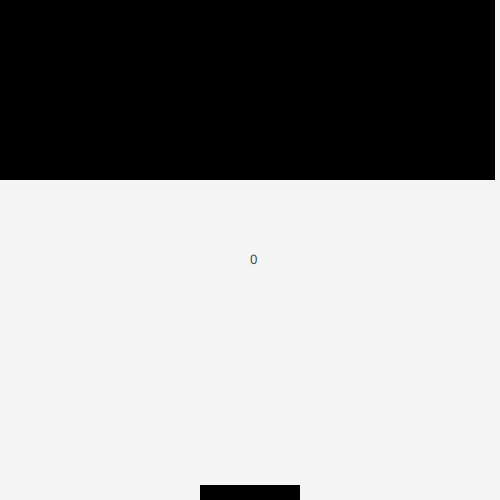
Repository: CodingParsley/JavaFX-Breakout-Game
Program's window: java Breakout/src/application/TheController.java
An editor plug-in stored every save of this project. The program's window is shown before and after the next save, followed by the edit.
It runs on Java 21 on a 1366 x 768 screen with JavaFX 11; the title bar is not drawn.

Above is the program's window before, as saved 2016-07-20 05:42:02.

### Breakout/src/application/TheController.java
package application;
import javafx.animation.Animation;
import javafx.animation.KeyFrame;
import javafx.animation.Timeline;
import javafx.application.Application;
import javafx.stage.Stage;
import javafx.util.Duration;

public class TheController extends Application{
	BoardModel bm;
	TheView view;
	Timeline timeline;
	Stage window;
	HighscoreManager hm;
	@Override
	public void start(Stage primaryStage) throws Exception {
		window = primaryStage;
		hm = new HighscoreManager("Highscore.txt");
		JavaCollisionDetector jcd = new JavaCollisionDetector();
		bm = new BoardModel(500,500,30,0,0,0,15,6,jcd);
		Runnable onPaddleLeft = new MovePaddleLeft();
        Runnable onPaddleRight = new MovePaddleRight();
        view = new TheView(onPaddleLeft,onPaddleRight, bm.getWidth(), bm.getHeight());
		view.start(primaryStage);
		for(application.Rectangle b: bm.getBricks()){
			view.drawRectangle(b);
		}

		window.setOnCloseRequest(e -> {
			Runtime.getRuntime().exit(0);
		});

		timeline = new Timeline(new KeyFrame(
		        Duration.millis(4),
		        ae -> updateScreen()));
		timeline.setCycleCount(Animation.INDEFINITE);
		timeline.play();

		}
	class MovePaddleLeft implements Runnable{
		@Override
		public void run() {
			bm.movePaddleLeft();
			view.drawRectangle(bm.getBat());
			view.drawRectangle(bm.getBall());
			for(application.Rectangle b: bm.getBricks()){
				view.drawRectangle(b);
			}
			bm.updateAll();
			view.score.setText(""+bm.getGameScore());
		}
	}

	class MovePaddleRight implements Runnable{
		@Override
		public void run() {
			bm.movePaddleRight();
			view.drawRectangle(bm.getBat());
			view.drawRectangle(bm.getBall());
			for(application.Rectangle b: bm.getBricks()){
				view.drawRectangle(b);
			}
			bm.updateAll();
			view.score.setText(""+bm.getGameScore());
		}
	}
		public void updateScreen() {
			view.drawRectangle(bm.getBat());
			view.drawRectangle(bm.getBall());
			for(application.Rectangle b: bm.getBricks()){
				view.drawRectangle(b);
			}
			bm.updateAll();
			view.score.setText(""+bm.getGameScore());
		}

	public static void main(String[] args){
		launch(args);
	}

}

### Breakout/src/application/ICollisionDetector.java
package application;

public interface ICollisionDetector {
	boolean intersects(LineSegment one, LineSegment two);
	boolean basicIntersects(Rectangle r1, Rectangle r2);
}

### Breakout/src/application/HighscoreManager.java
package application;

import java.io.File;
import java.io.FileNotFoundException;
import java.io.IOException;
import java.io.PrintStream;
import java.nio.file.Path;
import java.nio.file.Paths;
import java.util.Scanner;

public class HighscoreManager {
	private Path fileName;
	private File highScore;

	public HighscoreManager(String fileName) {
		this.fileName = Paths.get(fileName);
		highScore = new File(fileName);
		try {
			highScore.createNewFile();
		} catch (IOException e) {
			e.printStackTrace();
		}
	}

	public int getHighscore() {
		int num = 0;
		Scanner fileReader = null;
		try {
			fileReader = new Scanner(new File(fileName.toString()));
		} catch (FileNotFoundException e) {
			e.printStackTrace();
		}
		if (fileReader.hasNextInt()) {
			num = fileReader.nextInt();
			fileReader.close();
		}

		return num;
	}

	public void setHighscore(int num) {
		try {
			PrintStream scoreWriter = new PrintStream(fileName.toString());
			scoreWriter.print(num);
			scoreWriter.close();
		} catch (FileNotFoundException e) {
			e.printStackTrace();
		}

	}
}

### Breakout/src/application/JavaCollisionDetector.java
package application;

import java.awt.geom.Line2D;

public class JavaCollisionDetector implements ICollisionDetector{
	@Override
	public boolean intersects(LineSegment one,LineSegment two){
		Line2D line1 = new Line2D.Double(one.getA().getX(), one.getA().getY(), one.getB().getX(), one.getB().getY());
		Line2D line2 = new Line2D.Double(two.getA().getX(), two.getA().getY(), two.getB().getX(),
		two.getB().getY());
		boolean result = line2.intersectsLine(line1);
		return result;
	}
	public boolean basicIntersects(Rectangle r1, Rectangle r2){

		if (r1.getTopLeftCoordinate().getX() < r2.getTopLeftCoordinate().getX() + r2.getWidth() &&
				   r1.getTopLeftCoordinate().getX() + r1.getWidth() > r2.getTopLeftCoordinate().getX() &&
				   r1.getTopLeftCoordinate().getY() < r2.getTopLeftCoordinate().getY() + r2.getHeight() &&
				   r1.getHeight() + r1.getTopLeftCoordinate().getY() > r2.getTopLeftCoordinate().getY()) {
				    return true;
				}
		else return false;
	}
}

### Breakout/src/application/BoardModel.java
package application;

import java.util.LinkedList;
import java.util.Optional;

public class BoardModel {
	private boolean canUseBat = true;
	private final double LEFT_ANGLE_LIMIT = -35;
	private final double RIGHT_ANGLE_LIMIT = -150;
	private int gameScore = 0;
	public static int WIDTH;
	public static int HEIGHT;
	private final int BAT_WIDTH = 100;
	private final int BAT_HEIGHT = 15;
	private final int BAT_SPEED = 25;
	private double BALL_SPEED = 1;
	private int gapAboveBricks;
	private int brickRowHeight; // The height of a row of bricks, gap is not
								// included
	private int brickHeight; // Similar to brickRowHeight but gap is included
	private int brickGapH; // The gap that will separate the bricks horizontally
	private int brickGapV; // The gap that will separate the bricks vertically
	private int brickColumns; // The number of columns of bricks
	private int brickRows; // The number of rows of bricks
	private int columnWidth;
	private int brickWidth;
	private Rectangle windowRectangle;
	private Rectangle bat;
	private Ball ball;
	private LinkedList<Rectangle> bricks = new LinkedList<Rectangle>();
	private LinkedList<Rectangle> destroyedBricks = new LinkedList<Rectangle>();
	private ICollisionDetector detector;

	public BoardModel(int width, int height, int brickRowHeight, int brickGapH, int brickGapV, int gapAboveBricks,
			int brickColumns, int brickRows, ICollisionDetector detector) {
		WIDTH = width;
		HEIGHT = height;
		this.detector = detector;
		this.windowRectangle = new Rectangle(new Coordinate(0, 0), WIDTH, HEIGHT, RectangleType.Window);
		this.brickColumns = brickColumns;
		this.brickRows = brickRows;
		this.brickRowHeight = brickRowHeight;
		this.brickGapH = brickGapH;
		this.brickGapV = brickGapV;
		this.gapAboveBricks = gapAboveBricks;
		this.columnWidth = WIDTH / brickColumns;
		this.brickWidth = columnWidth - brickGapH;
		this.brickHeight = brickRowHeight - brickGapV;
		// Brick creation algorithm
		for (int column = 0; column < brickColumns; column++) {
			for (int row = 0; row < brickRows; row++) {
				Rectangle r = new Rectangle(new Coordinate((column * columnWidth) + (brickGapH / 2),
						(row * brickRowHeight) + gapAboveBricks), brickWidth, brickHeight, RectangleType.Brick);
				bricks.add(r);
			}
		}
		// Brick creation algorithm end
		Coordinate batUL = new Coordinate((WIDTH - BAT_WIDTH) / 2, (HEIGHT - BAT_HEIGHT));
		bat = new Rectangle(batUL, BAT_WIDTH, BAT_HEIGHT, RectangleType.Bat);
		ball = new Ball(new Coordinate(WIDTH / 2, HEIGHT / 2), 10, 10, BALL_SPEED, Math.toRadians(75),
				RectangleType.Ball);
	}

	public void movePaddleLeft() {
		if ((bat.getTopLeftCoordinate().getX() - BAT_SPEED) >= 0) {
			bat = bat.createMove(-BAT_SPEED, 0, bat.getType());
		}
	}

	public void movePaddleRight() {
		if (bat.getBottomRightCoordinate().getX() + BAT_SPEED <= WIDTH) {
			bat = bat.createMove(BAT_SPEED, 0, bat.getType());
		}
	}

	public void updateBricks() {
		for (Rectangle b : destroyedBricks) {
			b.setOpacity(0);
			b.setAlive(false);
		}
	}

	//Updating Ball and Destroying bricks

	public void updateBallAndDestroyBricks() {
		Ball nextBall = ball.getMove();
		LineSegment ballPathCenter = new LineSegment(ball.getCenterCoordinate(), ball.getMove().getCenterCoordinate());
		LineSegment ballPathTopLeft = new LineSegment(ball.getTopLeftCoordinate(),
				ball.getMove().getTopLeftCoordinate());
		LineSegment ballPathBottomRight = new LineSegment(ball.getBottomRightCoordinate(),
				ball.getMove().getBottomRightCoordinate());
		LineSegment ballPathTopRight = new LineSegment(ball.getTopRightCoordinate(),
				ball.getMove().getBottomRightCoordinate());
		LineSegment ballPathBottomLeft = new LineSegment(ball.getBottomLeftCoordinate(),
				ball.getMove().getBottomLeftCoordinate());

		boolean hitBat = false;
		boolean shouldFlipX = detector.intersects(ballPathCenter, windowRectangle.getLeftLineSegment())
				|| detector.intersects(ballPathCenter, windowRectangle.getRightLineSegment());
		boolean shouldFlipY = detector.intersects(ballPathCenter, windowRectangle.getTopLineSegment())
		// || detector.intersects(ballPath,
		// windowRectangle.getBottomLineSegment())
		;
		Optional<Double> r = bricks.stream().map(i -> i.getBottomRightCoordinate().getY()).max(Double::compare);
		// Variables that will let the ball know what new object to be

		// If Ball made a collision with the bat, then the bat will not be able
		// to cause collision untill ball is above bat's topLeftY coordinate

		// Bat collision detection
		if (shouldFlipX == false && shouldFlipY == false && detector.basicIntersects(ball, bat) && canUseBat == true
				&& ball.getTopLeftCoordinate().getY() >= bat.getTopLeftCoordinate().getY()) {
			shouldFlipX = true;
			shouldFlipY = true;
			hitBat = true;
			canUseBat = false;
		} else if (shouldFlipX == false && shouldFlipY == false
				&& detector.intersects(ballPathBottomRight, bat.getTopLineSegment()) && canUseBat == true) {
			shouldFlipY = true;
			hitBat = true;
			canUseBat = false;
		}
		// Bat collision detection end


		// Brick collision detection
		else if (shouldFlipX == false && shouldFlipY == false && r.get() >= ball.getTopLeftCoordinate().getY()) {
			for (Rectangle brick : bricks) {
				if (brick.isAlive()) {
					if (detector.intersects(ballPathTopLeft, brick.getBottomLineSegment())
							|| detector.intersects(ballPathBottomRight, brick.getBottomLineSegment())
							|| detector.intersects(ballPathTopRight, brick.getBottomLineSegment())
							|| detector.intersects(ballPathBottomLeft, brick.getBottomLineSegment())) {
						shouldFlipY = true;
						if (ball.getTopLeftCoordinate().getY() < brick.getBottomLeftCoordinate().getY()) {
							ball = ball.setPosition(ball.getTopLeftCoordinate().getX(),
									(brick.getBottomLeftCoordinate().getY()));
						}
					}
					if (detector.intersects(ballPathTopLeft, brick.getTopLineSegment())
							|| detector.intersects(ballPathBottomRight, brick.getTopLineSegment())
							|| detector.intersects(ballPathTopRight, brick.getTopLineSegment())
							|| detector.intersects(ballPathBottomLeft, brick.getTopLineSegment())) {
						if (ball.getBottomLeftCoordinate().getY() > brick.getTopLeftCoordinate().getY()) {
							ball = ball.setPosition(ball.getTopLeftCoordinate().getX(),
									(brick.getTopLeftCoordinate().getY() - ball.getHeight()));
						}
						shouldFlipY = true;
					}
					if (detector.intersects(ballPathTopLeft, brick.getRightLineSegment())
							|| detector.intersects(ballPathBottomRight, brick.getRightLineSegment())
							|| detector.intersects(ballPathTopRight, brick.getRightLineSegment())
							|| detector.intersects(ballPathBottomLeft, brick.getRightLineSegment())) {
						if (ball.getBottomLeftCoordinate().getX() < brick.getBottomLeftCoordinate().getX()) {
							ball = ball.setPosition(brick.getBottomLeftCoordinate().getX(),
									(ball.getTopLeftCoordinate().getY()));
						}
						shouldFlipX = true;
					}

					if (detector.intersects(ballPathTopLeft, brick.getLeftLineSegment())
							|| detector.intersects(ballPathBottomRight, brick.getLeftLineSegment())
							|| detector.intersects(ballPathTopRight, brick.getLeftLineSegment())
							|| detector.intersects(ballPathBottomLeft, brick.getLeftLineSegment())) {
						if (ball.getBottomRightCoordinate().getX() > brick.getBottomRightCoordinate().getX()) {
							ball = ball.setPosition(brick.getBottomRightCoordinate().getX()-ball.getWidth(),
									(ball.getTopLeftCoordinate().getY()));
						}
						shouldFlipX = true;
					}
					if (shouldFlipY == true || shouldFlipX == true) {
						destroyedBricks.add(brick);
						break;
					}
				}
			}
		}
		// Brick collision detection end

		// Calculating ball's new position
		if (shouldFlipX == false && shouldFlipY == false) {
			ball = nextBall;
		} else if (shouldFlipX == true && shouldFlipY == true) {
			ball = ball.flipXDirection().flipYDirection();
		} else if (shouldFlipX == true && shouldFlipY == false) {
			ball = ball.flipXDirection();
		} else if (shouldFlipX == false && shouldFlipY == true && hitBat == true) {
			// Angle limit is between -160 and +160
			// For every 1% offset, the ball should move 1 degree
			ball = ball.flipYDirection().changeAngleDegrees(ball.calculatePercentageOffsetWith(bat));

			if (ball.getAngleInDegrees() > LEFT_ANGLE_LIMIT) {
				ball = ball.setAngleInDegrees(LEFT_ANGLE_LIMIT);
			} else if (ball.getAngleInDegrees() < RIGHT_ANGLE_LIMIT) {
				ball = ball.setAngleInDegrees(RIGHT_ANGLE_LIMIT);
			}

		} else if (shouldFlipX == false && shouldFlipY == true) {
			ball = ball.flipYDirection();
		}
		if (ball.getBottomLeftCoordinate().getY() < bat.getTopLeftCoordinate().getY()) {
			canUseBat = true;
		}

		// Gameover check
		if (brickColumns * brickRows == destroyedBricks.size()) {
			gameScore += 1;
		}
	}
	//Update Ball End

	public void updateAll() {
		//double oldBallX = ball.getCenterCoordinate().getX();
		updateBallAndDestroyBricks();
		updateBricks();
		//bat = bat.createMove(ball.getCenterCoordinate().getX() - oldBallX, 0, bat.getType());
		// bat.getType());
	}

	public Rectangle getBat() {
		return bat;
	}

	public Rectangle getBall() {
		return ball;
	}

	public int getWidth() {
		return WIDTH;
	}

	public int getHeight() {
		return HEIGHT;
	}

	public int getGameScore() {
		return gameScore;
	}

	public LinkedList<Rectangle> getBricks() {
		return new LinkedList<Rectangle>(this.bricks);
	}
}

### Breakout/src/application/Rectangle.java
package application;

public class Rectangle {
	private static int count;
	private RectangleType type;
	private int id;
	private int opacity = 1;
	private boolean isAlive = true;
	private Coordinate topLeft;
	private Coordinate bottomRight;

	//Main constructor
	protected Rectangle(Coordinate topLeft, Coordinate bottomRight,int id, RectangleType type){
		this.id=id;
		this.type = type;
		this.topLeft = topLeft;
		this.bottomRight = bottomRight;
	}

	//Alternative to the main constructor, preserves id
	protected Rectangle(Coordinate topLeft,double width,double height, int id, RectangleType type){
		this(topLeft,topLeft.getMoveDelta(width, height),id,type);
	}

	//For creating brand new rectangles
	public Rectangle(Coordinate topLeft, Coordinate bottomRight, RectangleType type){
		this(topLeft,bottomRight,count++, type);
	}

	//For creating brand new rectangles as well, calls the constructor above
	public Rectangle(Coordinate topLeft,double width,double height, RectangleType type){
		this(topLeft,topLeft.getMoveDelta(width, height), type);
	}

	public Rectangle createMove(double dx,double dy, RectangleType type){
		return new Rectangle(topLeft.getMoveDelta(dx, dy),bottomRight.getMoveDelta(dx, dy),this.id, type);
	}

	public boolean isAlive() {
		return isAlive;
	}

	public void setAlive(boolean isAlive) {
		this.isAlive = isAlive;
	}
	public int getOpacity() {
		return opacity;
	}
	public void setOpacity(int opacity) {
		this.opacity = opacity;
	}

	public int getId() {
		return id;
	}

	public Coordinate getTopLeftCoordinate() {
		return topLeft;
	}

	public Coordinate getBottomRightCoordinate() {
		return bottomRight;
	}

	public Coordinate getTopRightCoordinate(){
		return new Coordinate(topLeft.getX() + this.getWidth(), topLeft.getY());
	}

	public Coordinate getBottomLeftCoordinate(){
		return new Coordinate(topLeft.getX(), topLeft.getY()+this.getHeight());
	}

	public Coordinate getCenterCoordinate(){
		return new Coordinate(this.getTopLeftCoordinate().getX()+(this.getWidth()/2),
				this.getTopLeftCoordinate().getY()+(this.getHeight()/2));
	}

	public LineSegment getTopLineSegment(){
		return new LineSegment(this.getTopLeftCoordinate(), this.getTopRightCoordinate());
	}

	public LineSegment getRightLineSegment(){
		return new LineSegment(this.getTopRightCoordinate(), this.getBottomRightCoordinate());
	}

	public LineSegment getBottomLineSegment(){
		return new LineSegment(this.getBottomLeftCoordinate(), this.getBottomRightCoordinate());
	}
	public LineSegment getLeftLineSegment(){
		return new LineSegment(this.getTopLeftCoordinate(), this.getBottomLeftCoordinate());
	}

	public double getWidth(){
		return Math.abs(topLeft.getX()-bottomRight.getX());
	}
	public double getHeight(){
		return Math.abs(topLeft.getY()-bottomRight.getY());
	}
	public double getPercentCoordinate(double percentage){
		return this.getTopLeftCoordinate().getX()+((percentage/100)*this.getWidth());
	}
	public RectangleType getType() {
		return type;
	}


}

### Breakout/src/application/Ball.java
package application;
public class Ball extends Rectangle {
	private double speed;
	private double angleOfMovement;
	//For creating a brand new ball
	public Ball(Coordinate topLeft, double width, double height, double speed, double angleOfMovement, RectangleType type) {
		super(topLeft, width, height, type);
		this.speed = speed;
		this.angleOfMovement = angleOfMovement;
	}
	private Ball(Coordinate topLeft, double width, double height, double speed, double angleOfMovement, int id, RectangleType type) {
		super(topLeft, width, height,id, type);
		this.speed = speed;
		this.angleOfMovement = angleOfMovement;
	}

	public Ball getMove() {
		return new Ball(this.getTopLeftCoordinate().getMoveVelocity(angleOfMovement, speed), this.getWidth(), this.getHeight(),
		speed, angleOfMovement,this.getId(), this.getType());
	}
	public Ball flipXDirection() {
		double cos = Math.cos(angleOfMovement);
		double sin = Math.sin(angleOfMovement);
		double newAngle = Math.atan2(sin, -cos);
		return new Ball(this.getTopLeftCoordinate(), this.getWidth(), this.getHeight(), this.speed, newAngle, this.getId(), this.getType());
	}

	public Ball flipYDirection() {
		double cos = Math.cos(angleOfMovement);
		double sin = Math.sin(angleOfMovement);
		double newAngle = Math.atan2(-sin, cos);
		return new Ball(this.getTopLeftCoordinate(), this.getWidth(), this.getHeight(), this.speed, newAngle, this.getId(), this.getType());
	}
	public Ball changeAngleDegrees(double changeAmount){
		return new Ball(this.getTopLeftCoordinate(), this.getWidth(),this.getHeight(),this.speed,(this.angleOfMovement+Math.toRadians(changeAmount)), this.getId(), this.getType());
	}
	public Ball setPosition(double setX, double setY){
		return new Ball(new Coordinate(setX,setY), this.getWidth(),this.getHeight(),this.speed,this.angleOfMovement, this.getId(), this.getType());
	}
	public Ball setAngleInDegrees(double changeAmount){
		return new Ball(this.getTopLeftCoordinate(), this.getWidth(),this.getHeight(),this.speed,(Math.toRadians(changeAmount)), this.getId(), this.getType());
	}
	public double getAngleOfMovement() {
		return angleOfMovement;
	}
	public double getAngleInDegrees(){
		return Math.toDegrees(angleOfMovement);
	}
	public double getSpeed() {
		return speed;
	}
	public double calculatePercentageOffsetWith(Rectangle r){
		//Formula is (centerCoordinate of ball / (1/2) r's width)*50 = percentage offset from -50% to +50%
		double offset = this.getCenterCoordinate().getX()-r.getCenterCoordinate().getX();
		return (offset/(0.5*r.getWidth()))*50;
	}


}

### Breakout/src/application/Coordinate.java
package application;

public class Coordinate {
	private double x;
	private double y;

	public double getX() {
		return x;
	}

	public double getY() {
		return y;
	}

	public Coordinate(double x, double y){
		this.x = x;
		this.y = y;
	}

	public Coordinate getMoveDelta(double dx,double dy) {
		return new Coordinate(this.x+dx,this.y+dy);
	}

	public Coordinate getMoveVelocity(double angle,double speed) {
		return new Coordinate(this.x+(Math.cos(angle)*speed),this.y+Math.sin(angle)*speed);
	}

}

### Breakout/src/application/RectangleType.java
package application;

public enum RectangleType {
	Brick, Bat, Ball, Window;
}

### Breakout/src/application/TheView.java
package application;

import javafx.stage.Stage;
import javafx.scene.Node;
import javafx.scene.Scene;
import javafx.scene.control.Label;
import javafx.scene.image.Image;
import javafx.scene.input.KeyCode;
import javafx.scene.input.KeyEvent;
import javafx.scene.layout.Pane;
import javafx.scene.paint.Color;
import javafx.scene.paint.Paint;
import javafx.scene.shape.Rectangle;

import java.util.Optional;

import javafx.application.Application;
import javafx.event.EventHandler;

public class TheView extends Application {
	private Stage window;
	private Scene scene;
	private Runnable onTypePaddleMoveLeft;
	private Runnable onTypePaddleMoveRight;
	private int width;
	private int height;
	Label score;
	private Pane layout;

	@Override
	public void start(Stage primaryStage) throws Exception {
		window = primaryStage;
		window.setResizable(false);
		layout = new Pane();
		score = new Label();
		layout.getChildren().add(score);
		score.setTranslateX(250);
		score.setTranslateY(250);
		scene = new Scene(layout, width, height);

		scene.addEventFilter(KeyEvent.ANY, new EventHandler<KeyEvent>() {
			public void handle(KeyEvent k) {
				if (k.getCode() == KeyCode.A) {
					onTypePaddleMoveLeft.run();
				}

				else if (k.getCode() == KeyCode.D) {
					onTypePaddleMoveRight.run();
				}
			}
		});
		window.setScene(scene);
		window.show();
	}

	public void drawRectangle(application.Rectangle r) {
		// find a graphical rectangle in children where r.Id = gr.Id
		// if it isn't there, create one and add it to children
		// then...
		//
		// gr.setwidth, etc. according to r
		Optional<Node> graphicalRectNode = layout
			.getChildren()
			.stream()
			.filter(n->n instanceof Rectangle)
			.filter(n->n.getId().equals(Integer.toString(r.getId())))
			.findFirst();
		Rectangle graphicalRect = null;
		if (graphicalRectNode.isPresent()) {
			graphicalRect = (Rectangle)(graphicalRectNode.get());
		}
		else {
			graphicalRect=new Rectangle();
			//Image i = new Image("Square.png");

			graphicalRect.setId(Integer.toString(r.getId()));
			layout.getChildren().add(graphicalRect);
		}
		graphicalRect.setOpacity(r.getOpacity());
		graphicalRect.setWidth(r.getWidth());
		graphicalRect.setHeight(r.getHeight());
		graphicalRect.setTranslateX(r.getTopLeftCoordinate().getX());
		graphicalRect.setTranslateY(r.getTopLeftCoordinate().getY());
	}

	public TheView(Runnable onTypePaddleMoveLeft, Runnable onTypePaddleMoveRight,int width,int height) {
		this.onTypePaddleMoveLeft = onTypePaddleMoveLeft;
		this.onTypePaddleMoveRight = onTypePaddleMoveRight;
		this.width = width;
		this.height = height;
	}
}

### Breakout/src/application/LineSegment.java
package application;
public class LineSegment {

	private Coordinate a;
	private Coordinate b;


	public LineSegment(Coordinate a, Coordinate b) {
		this.a = a;
		this.b = b;
	}

	public Coordinate getA() {
		return a;
	}

	public Coordinate getB() {
		return b;
	}

}

After the next save:
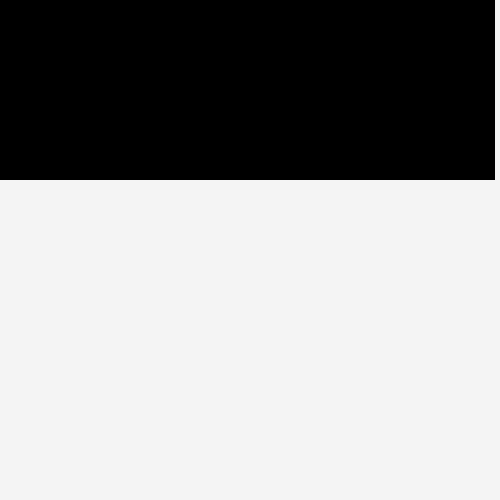
Saved 35 min 17 s later.
--- a/Breakout/src/application/TheController.java
+++ b/Breakout/src/application/TheController.java
@@ -31,7 +31,7 @@
 		});
 
 		timeline = new Timeline(new KeyFrame(
-		        Duration.millis(4),
+		        Duration.millis(100000000),
 		        ae -> updateScreen()));
 		timeline.setCycleCount(Animation.INDEFINITE);
 		timeline.play();

After the 3 saves that followed:
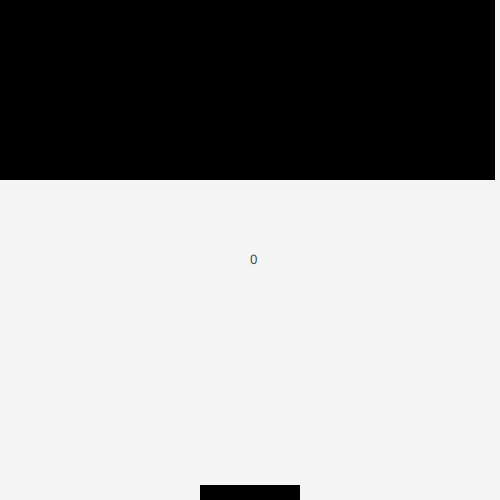
The 3 saves are shown as one change because 2 left the picture as it was.
The last was saved 6 min 38 s later.
--- a/Breakout/src/application/TheController.java
+++ b/Breakout/src/application/TheController.java
@@ -31,7 +31,7 @@
 		});
 
 		timeline = new Timeline(new KeyFrame(
-		        Duration.millis(100000000),
+		        Duration.millis(3),
 		        ae -> updateScreen()));
 		timeline.setCycleCount(Animation.INDEFINITE);
 		timeline.play();
@@ -41,13 +41,7 @@
 		@Override
 		public void run() {
 			bm.movePaddleLeft();
-			view.drawRectangle(bm.getBat());
-			view.drawRectangle(bm.getBall());
-			for(application.Rectangle b: bm.getBricks()){
-				view.drawRectangle(b);
-			}
-			bm.updateAll();
-			view.score.setText(""+bm.getGameScore());
+
 		}
 	}
 
@@ -55,13 +49,6 @@
 		@Override
 		public void run() {
 			bm.movePaddleRight();
-			view.drawRectangle(bm.getBat());
-			view.drawRectangle(bm.getBall());
-			for(application.Rectangle b: bm.getBricks()){
-				view.drawRectangle(b);
-			}
-			bm.updateAll();
-			view.score.setText(""+bm.getGameScore());
 		}
 	}
 		public void updateScreen() {
